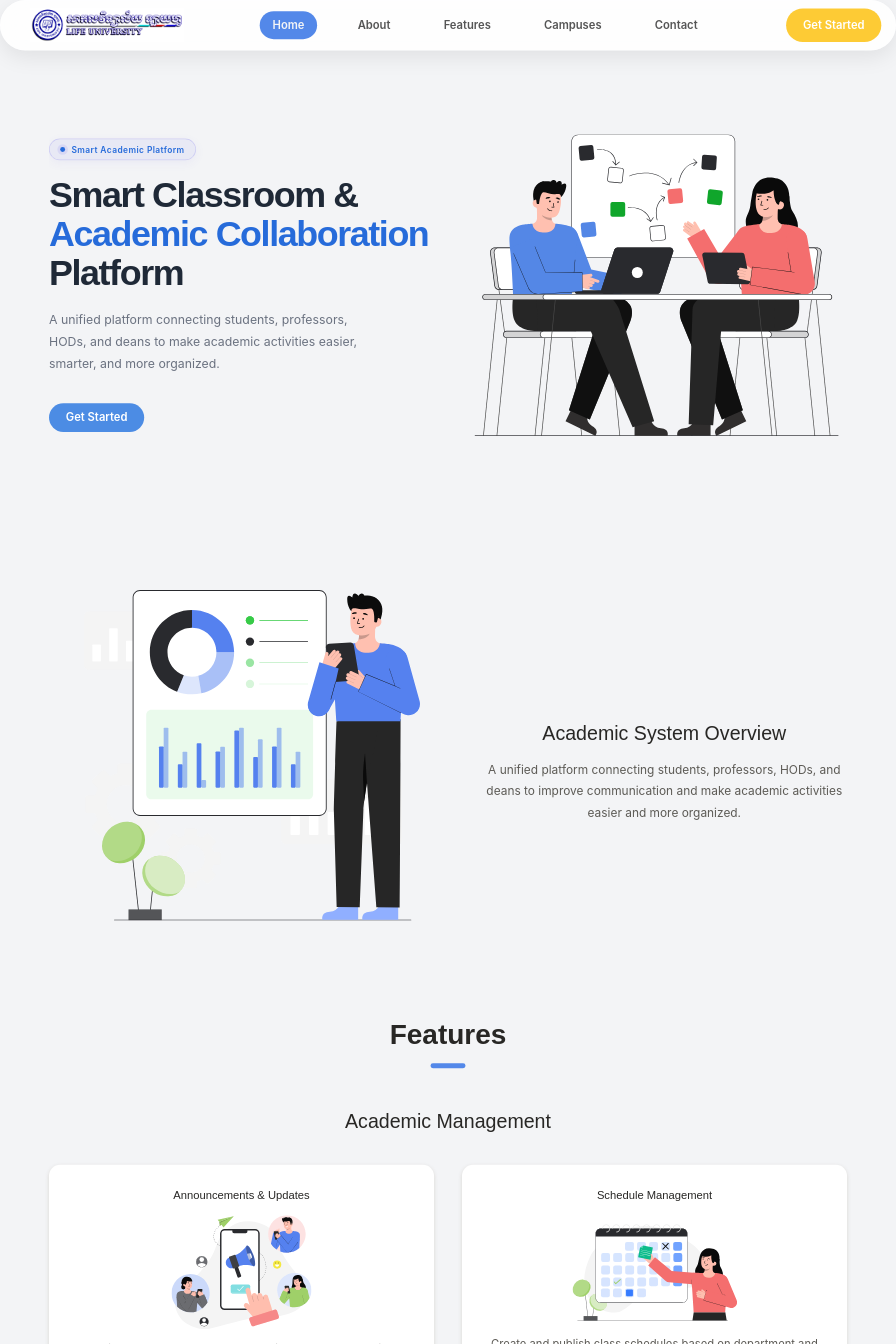
Repository: Chocovcandy/Classroom_Management_System
Page: http://localhost/
An editor plug-in stored every save of this project. The page is shown before and after a run of saves, followed by the edit.
The browser window is 1280 px wide. The pictures show the part of the page from y = 0 to 1920 px (the page is 3326 px tall), at 70% of full size.
Some web libraries are served in a nearby version. The page is served by the project's Laravel application, run on PHP 8.4 with Laravel 12.

Above is the page before, as saved 2026-08-11 10:37:11.

After the next 2 saves:
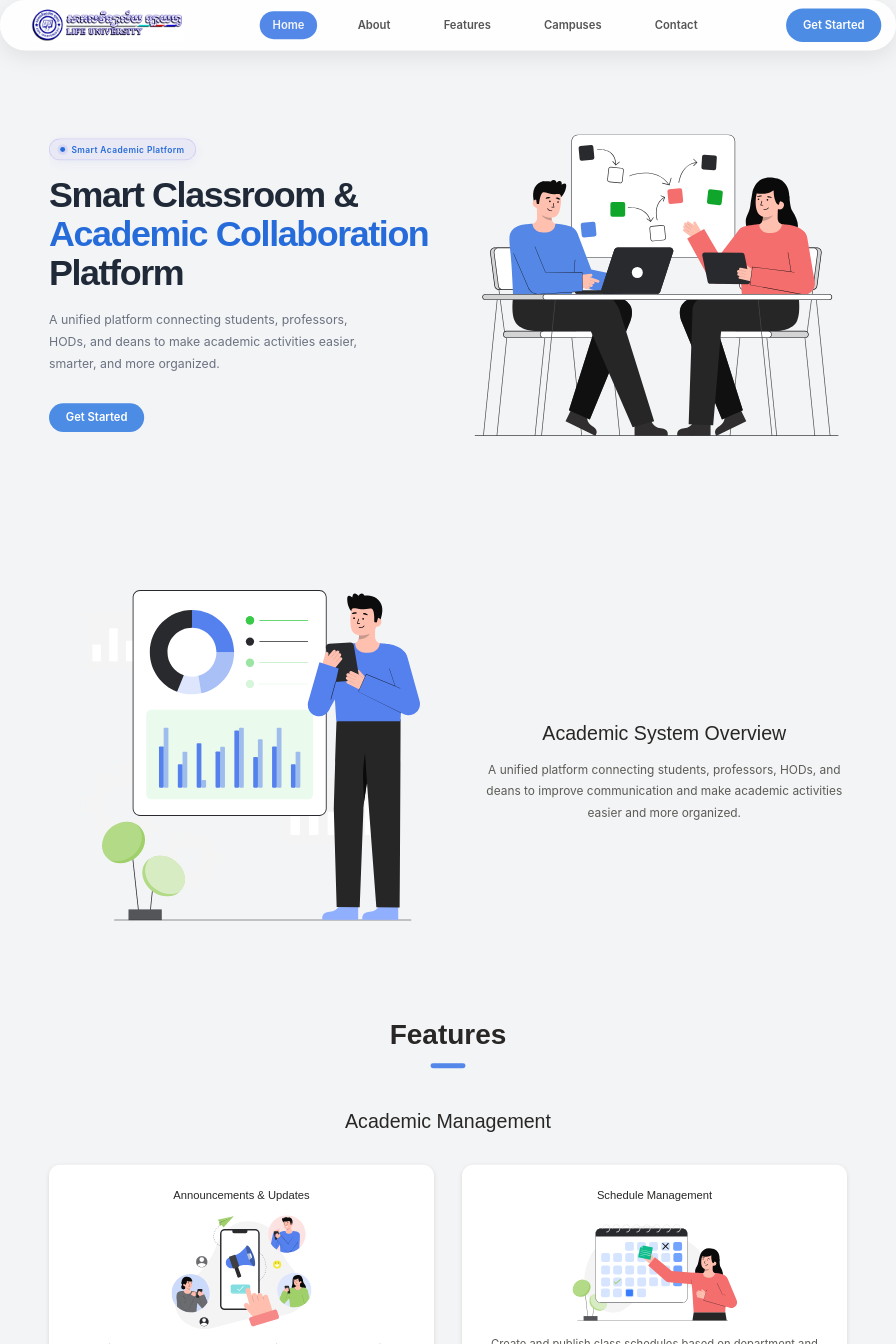
The 2 saves are shown as one change because they came seconds apart.
The last was saved 40 s later.
--- a/resources/views/welcome.blade.php
+++ b/resources/views/welcome.blade.php
@@ -56,9 +56,11 @@
                 <!-- <a href="{{ route('Login_page') }}" class="nav__login">
                     Login
                 </a> -->
-                <a href="{{ route('Login_page') }}" class="button" id="getStarted">
-                    Get Started
-                </a>
+                <div class="home__buttons">
+                    <a href="{{ route('Login_page') }}" class="button">
+                        Get Started
+                    </a>
+                </div>
             </div>
         </nav>
     </header>
